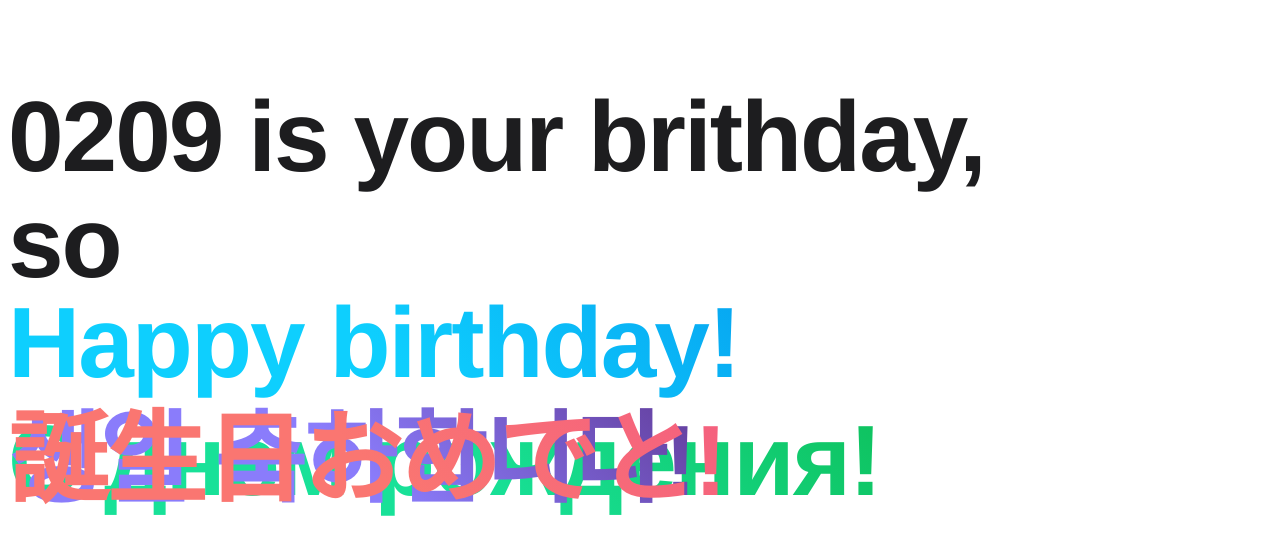
Repository: Caococos/02-09
Page: /
An editor plug-in stored every save of this project. The page is shown before and after the next save, followed by the edit.
The browser window is 1280 px wide. The pictures show the whole page.
The project was rebuilt for these pictures with package versions that can differ from the ones it lists, and the page was loaded fresh each time. Also part of the build but not shown: vue.config.js.

Above is the page before, as saved 2021-06-11 22:25:56.

After the next save:
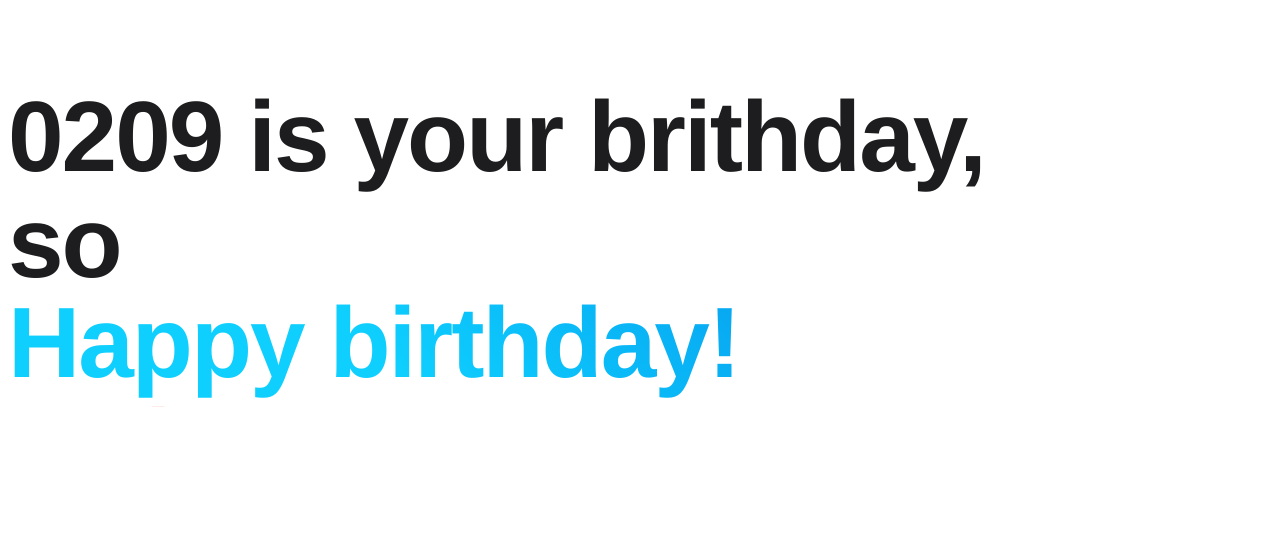
Saved 4 s later.
--- a/src/views/home/Home.vue
+++ b/src/views/home/Home.vue
@@ -51,7 +51,7 @@ h2 {
   margin-top: var(--offset);
   height: 106px;
   position: relative;
-  /* overflow: hidden; */
+  overflow: hidden;
 }
 
 .mask span {
